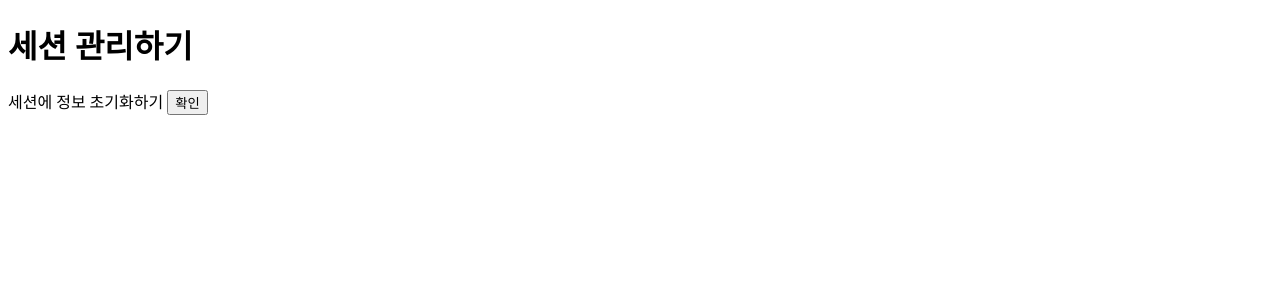
Repository: asnqty/workspace_jsp
Page: http://localhost/chapter02_jsp/Ex06_01_session.jsp
The author's editor kept a copy of each file at every save. The page is drawn from the files as they stood at one save, then again after the next save.
The browser window is 1280 px wide. The pictures show the whole page.
The page is served by Tomcat 9.

Above is the page before, as saved 2025-11-25 06:13:07.

After the next save:
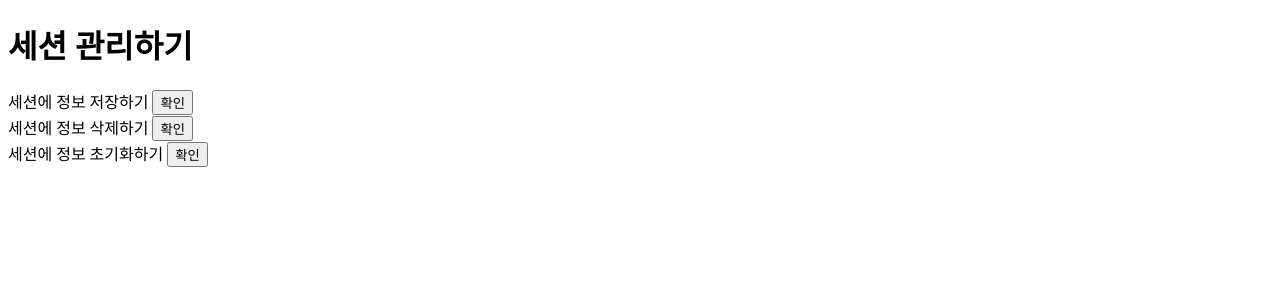
Saved 25 s later.
--- a/chapter02_jsp/WebContent/Ex06_01_session.jsp
+++ b/chapter02_jsp/WebContent/Ex06_01_session.jsp
@@ -9,21 +9,28 @@
 <body>
 	<h1>세션 관리하기</h1>
 	<div>
+		세션에 정보 저장하기
+		<input type="button" value="확인" onclick="saveSession()">
+	</div>
+	<div>
+		세션에 정보 삭제하기
+		<input type="button" value="확인"
+			onclick="removeSession('name')">
+	</div>
+	<div>
 		세션에 정보 초기화하기
 		<input type="button" value="확인" onclick="initSession()">
 	</div>
 </body>
 <script type="text/javascript">
-	function saveSession() {
-		location.href = 'Ex06_04_session_sava.jsp';
+	function saveSession(){
+		location.href = 'Ex06_04_session_save.jsp';
 	}
-	function removeSession() {
-		location.href = 'Ex06_03_session_remove.jsp';
-
+	function removeSession(val){
+		location.href = 'Ex06_03_session_remove.jsp?type=' + val;
 	}
-	function initSession() {
+	function initSession(){
 		location.href = 'Ex06_02_session_init.jsp';
-
 	}
 </script>
 </html>
